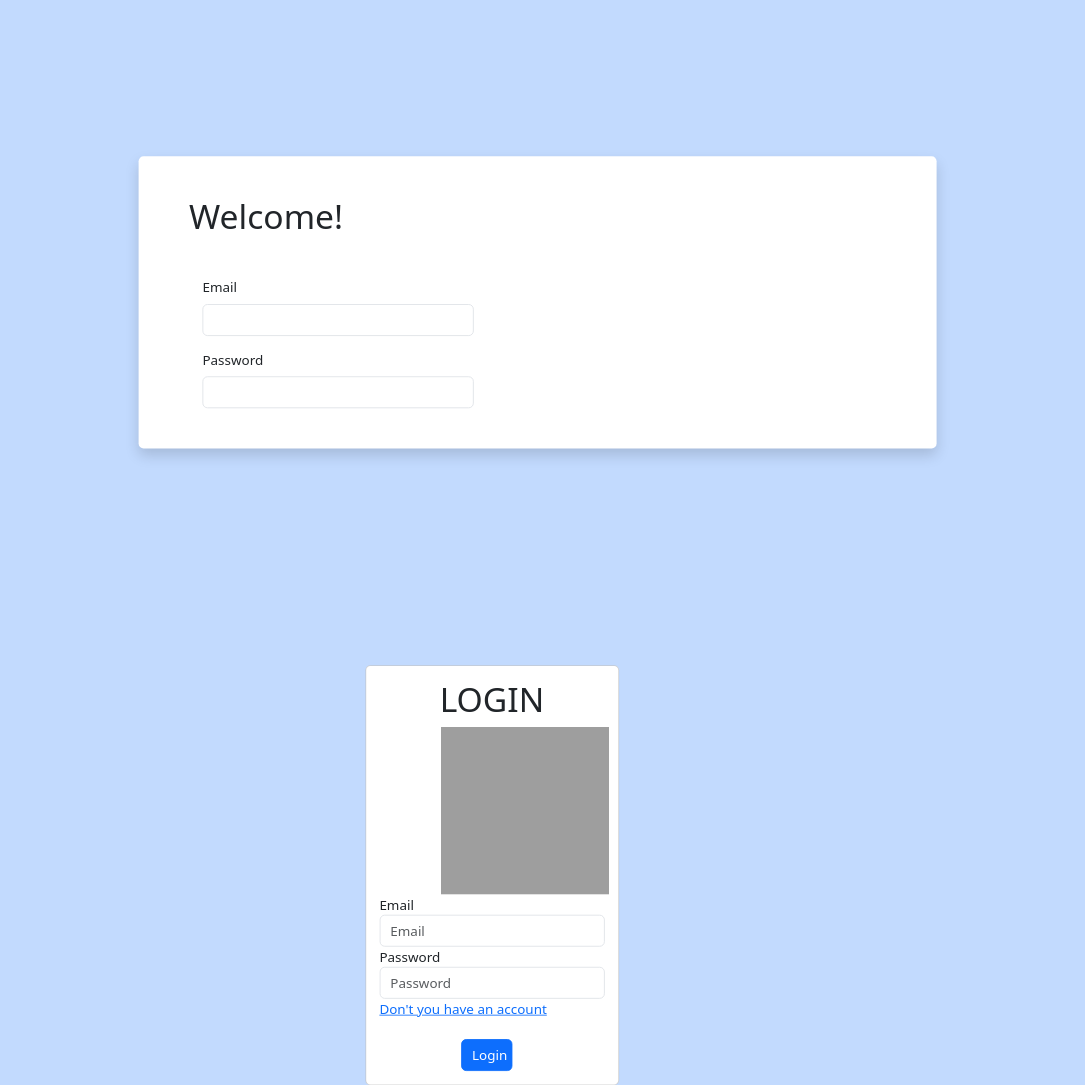
Repository: IT21221064/JobPortal
Page: http://localhost/JobApp/login.jsp
An editor plug-in stored every save of this project. The page is shown before and after the next save, followed by the edit.
The browser window is 1280 px wide. The page is 1292 px wide, so the pictures cover 1292 px, including what lies to the right of the window. The pictures show the whole page, at 84% of full size.
Pictures or frames that could not be fetched are drawn as grey boxes. The page is served by Tomcat 9.

Above is the page before, as saved 2023-07-15 21:51:46.

### Project/JobApp/src/main/webapp/login.jsp
<%@ page language="java" contentType="text/html; charset=ISO-8859-1"
    pageEncoding="ISO-8859-1"%>
<!DOCTYPE html>
<html>
<head>
<meta charset="ISO-8859-1">
<title>Home Page</title>
 <link href="https://cdn.jsdelivr.net/npm/bootstrap@5.3.0/dist/css/bootstrap.min.css" rel="stylesheet" integrity="sha384-9ndCyUaIbzAi2FUVXJi0CjmCapSmO7SnpJef0486qhLnuZ2cdeRhO02iuK6FUUVM" crossorigin="anonymous">
  </head>
</head>
<body class="bg-primary bg-opacity-25">

	<section class="d-flex flex-column min-vh-100 justify-content-center align-items-center">
		<div class="container">
			<div class="row">
				<div class="col-md-10 mx-auto rounded shadow bg-white">
					<div class="row">
						<div class="col-md-6">
							<div class="m-5">
								<h1>Welcome!</h1>
							</div>

							<form class="m-5">
								<div class="m-3">
									<label class="form-label" for="email">Email</label>
									<input class="form-control col-md-12" type="text" id="email" />
								</div>

								<div class="m-3">
									<label class="form-label" for="pw">Password</label>
									<input class="form-control col-md-12" type="password" id="pw" />
								</div>

							</form>
						</div>
					</div>
				</div>
			</div>
		</div>
	</section>

<br /><br /><br />
    <div class="row">
      <div class="col-md-4"></div>
      <div class="col-md-3">
        <div class="card">
          <div class="card-body">
            <h1 style="text-align: center">LOGIN</h1>
            <div class="row">
              <div class="col-md-3"></div>
              <div class="col-md-3">
                <img
                  style="width: 200px; height: 200px"
                src="images/profilepic.png"  alt="circle user avatar Icon 4035892"
                  class="styles__Image-sc-2erpfv-1 eOQgUF"
                />
              </div>
              <div class="col-md-4"></div>
            </div>
            <form method="post" action="LoginServlet">
              <div class="form-group">
                <label>Email</label><input class="form-control col-md-12" placeholder="Email" name="email" />
              </div>
              <div class="form-group">
                <label>Password</label
                ><input
                  type="password"
                  class="form-control col-md-12"
                  placeholder="Password"
                  name="password"
                />
              </div>
              <a href="/JobPortal/addProfile.jsp"
                >Don't you have an account</a
              >
              <div class="row">
                <div class="col-md-4"></div>
                <div class="col-md-4">
                  <br />
                  <input type="submit" class="btn btn-primary col-md-10" value="Login">
                </div>
                <div class="col-md-4"></div>
              </div>
            </form>
          </div>
        </div>
      </div>
      <div class="col-md-4"></div>
    </div>

</body>
</html>

After the next save:
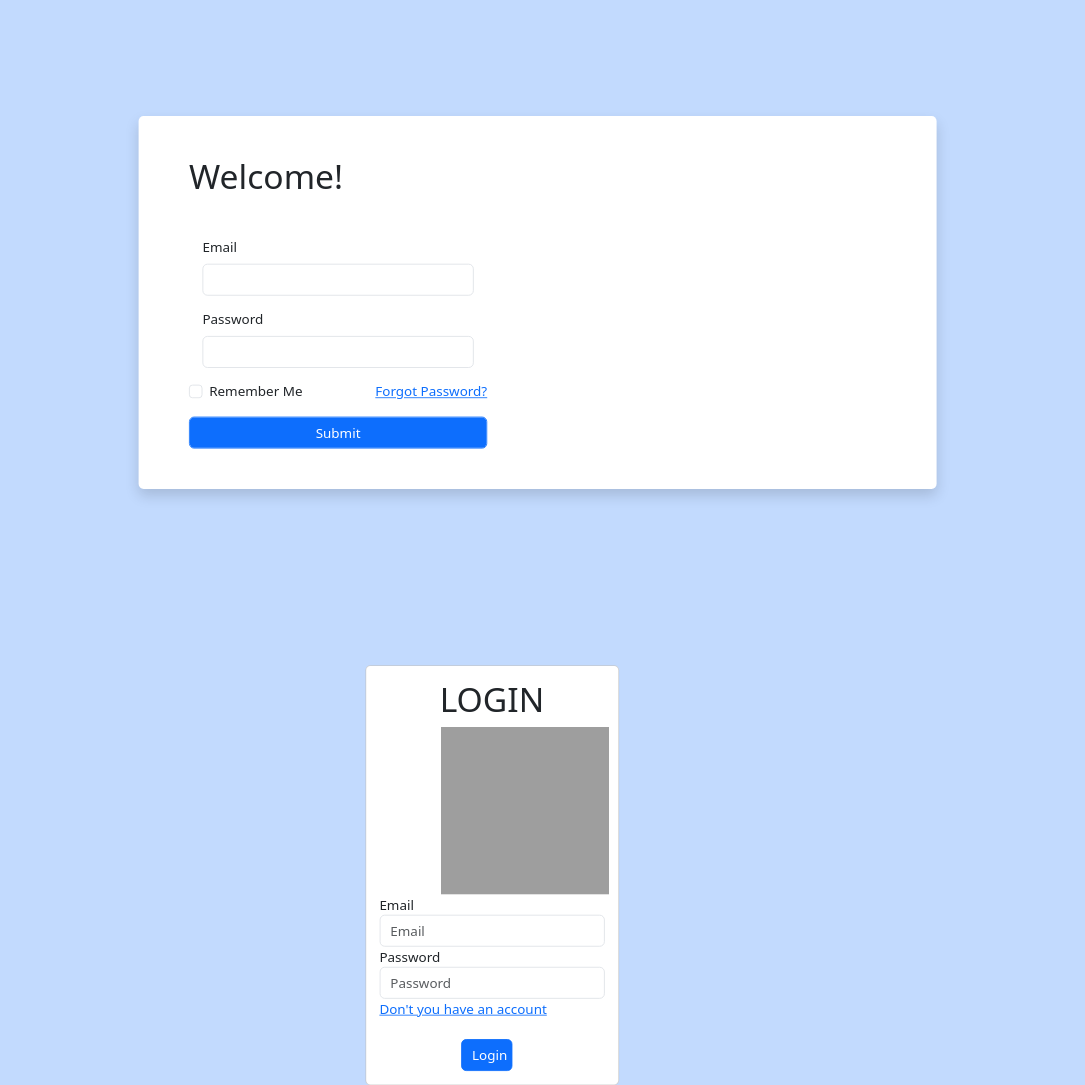
Saved 9 min 46 s later.
--- a/Project/JobApp/src/main/webapp/login.jsp
+++ b/Project/JobApp/src/main/webapp/login.jsp
@@ -29,6 +29,25 @@
 								<div class="m-3">
 									<label class="form-label" for="pw">Password</label>
 									<input class="form-control col-md-12" type="password" id="pw" />
+								</div>
+								<div class="row mb-3">
+									<div class="col-6">
+										<div class="form-check">
+											<label class="form-check-label" for="rm">Remember Me</label>
+											<input class="form-check-input" type="checkbox" id="rm" />
+										</div>
+									</div>
+
+
+									<div class="col-6">
+											<div class="text-end">
+												<a href="">Forgot Password?</a>
+											</div>
+									</div>
+
+									<div>
+										<input type="submit" class="form-control btn btn-primary mt-3">
+									</div>
 								</div>
 
 							</form>
